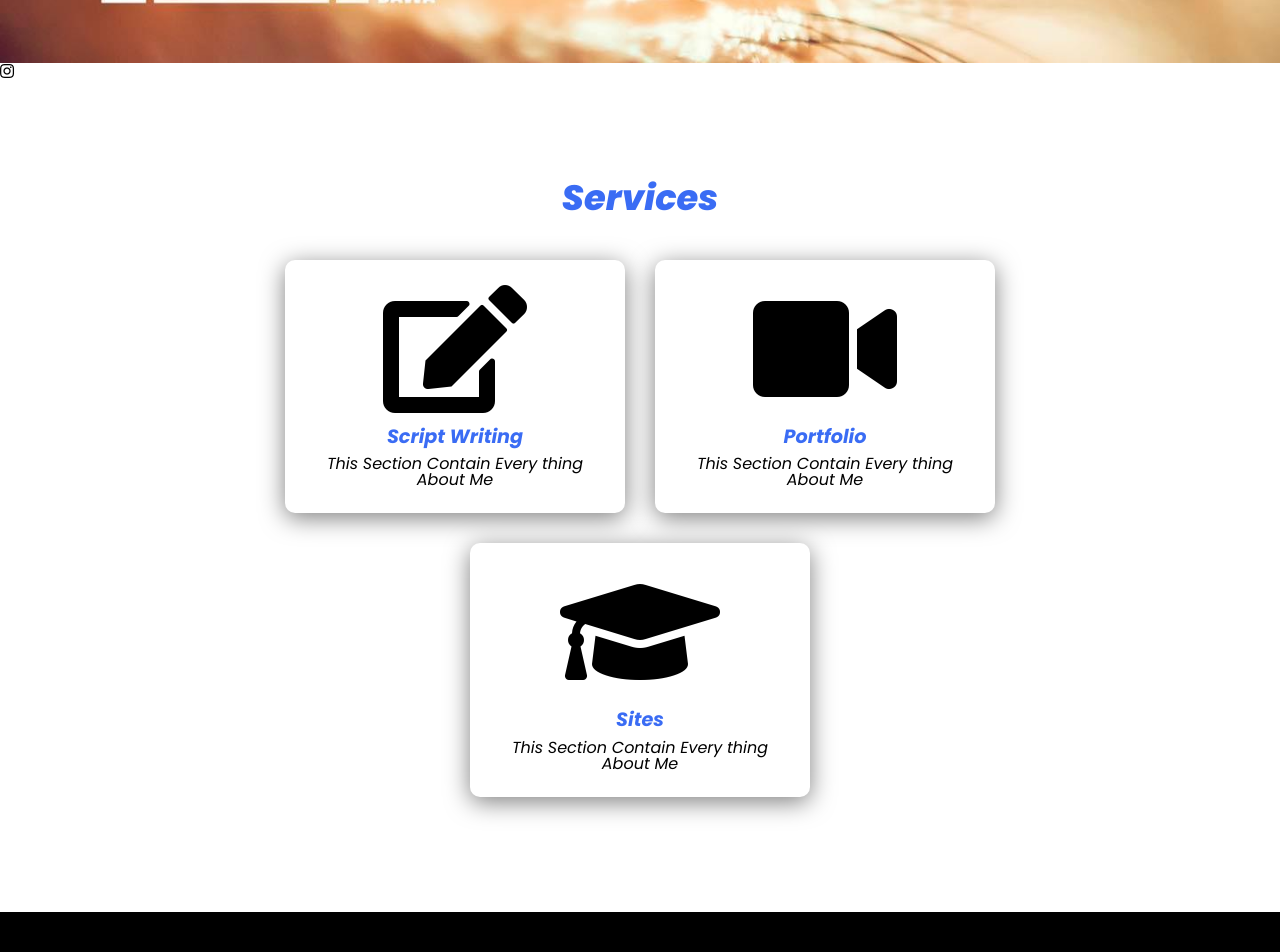
Repository: khaleddawa/My-Portfolio
Page: Index.html
The author's editor kept a copy of each file at every save. The page is drawn from the files as they stood at one save, then again after a run of saves.
The browser window is 1280 px wide. The pictures show the part of the page from y = 657 to 1609 px (the page is 3240 px tall).
A picture or video elsewhere on the page could not be fetched, so the positions and the page height are approximate. Backgrounds fixed to the window are drawn as part of the page.

Above is the page before, as saved 2023-11-14 16:32:22.

After the next 2 saves:
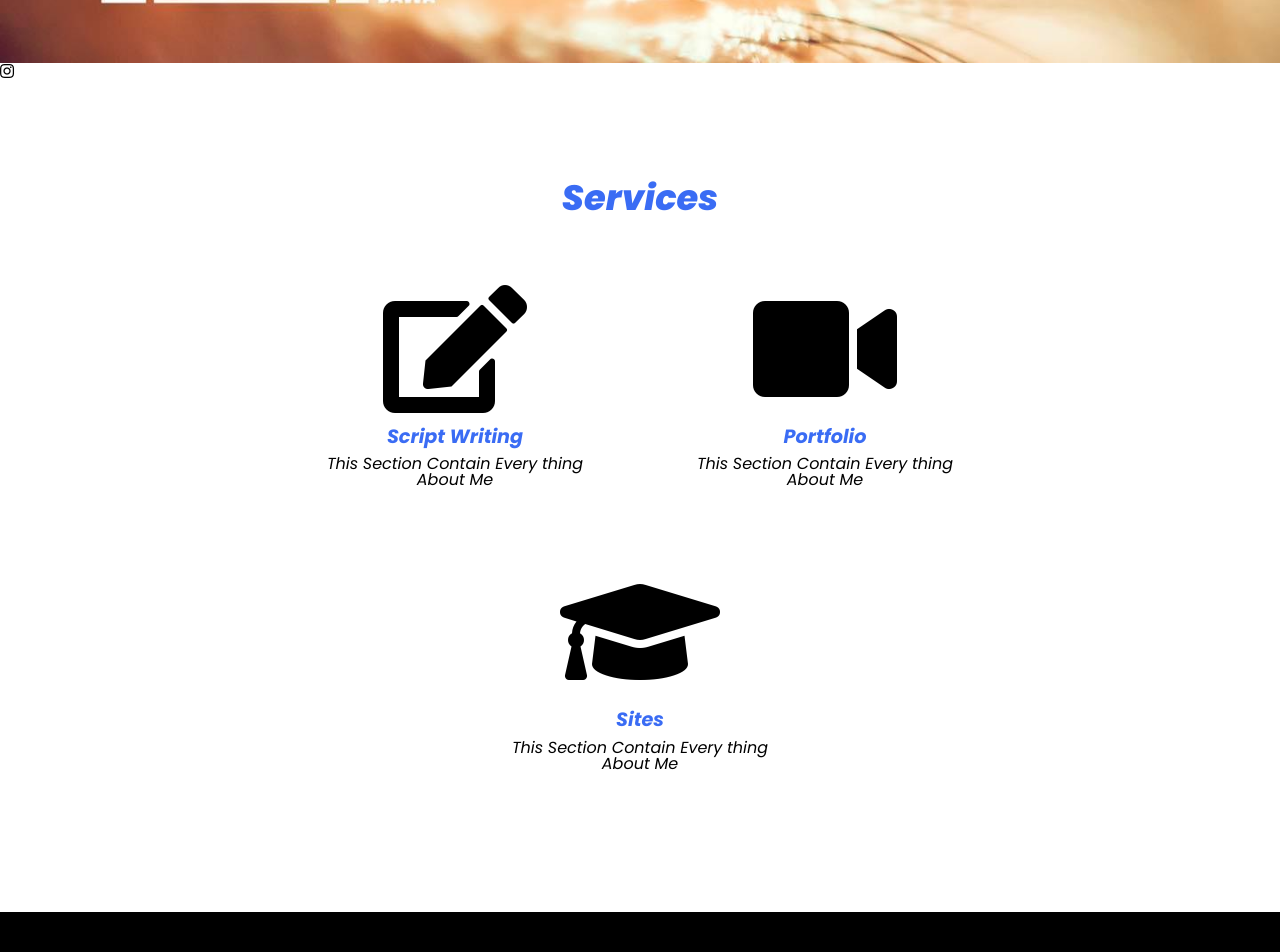
The 2 saves are shown as one change because they came seconds apart.
The last was saved 81 s later.
--- a/Style.css
+++ b/Style.css
@@ -122,6 +122,7 @@ section {
 .card {
   background-color: #fff;
   width: 21.25em;
+  h
   box-shadow: 0 5px 25px rgba(1 1 1 /50%);
   border-radius: 10px;
   padding: 25px;
